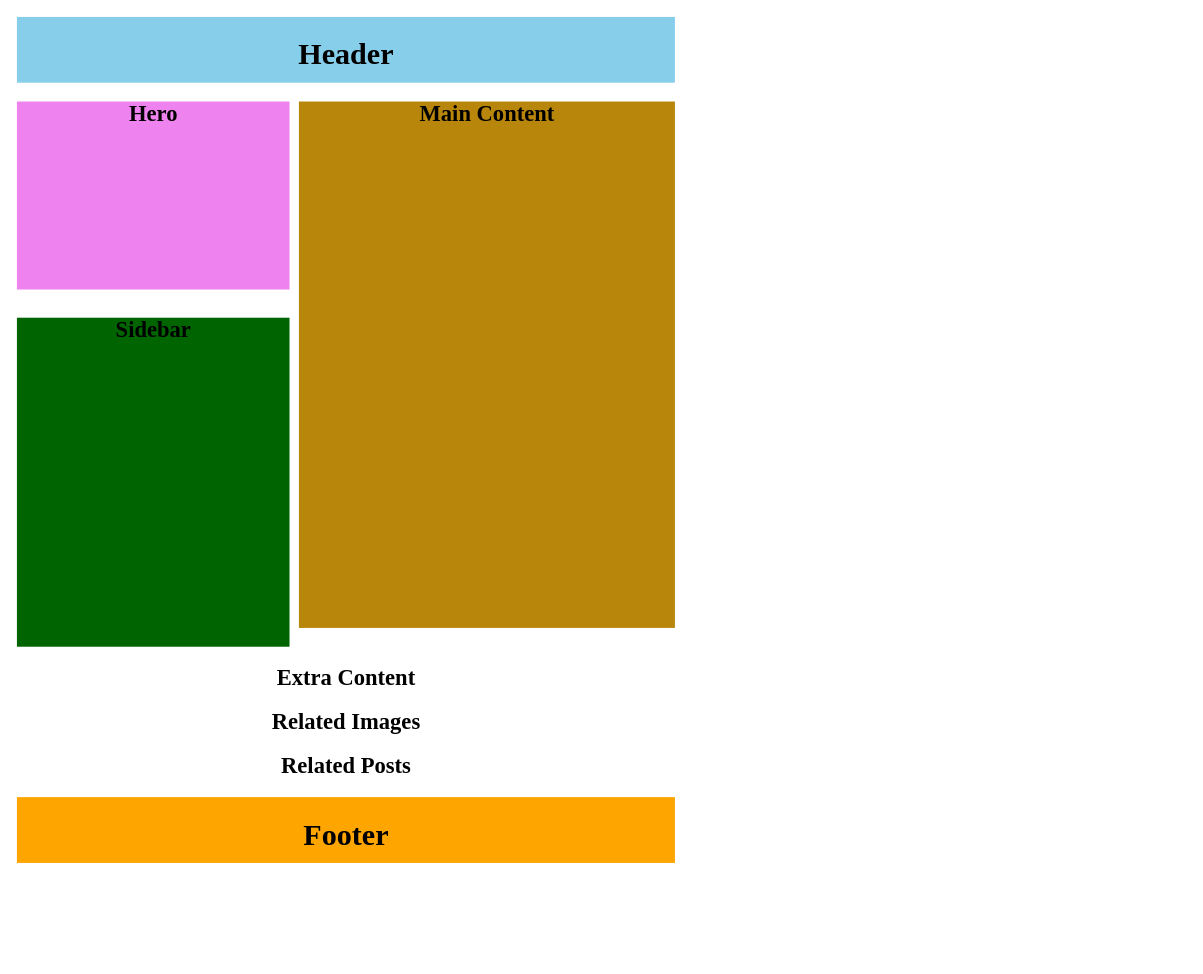
Repository: harshitanthal1/assignments_avisoft
Page: 01-02-2024/assignment_2/index.html
These files come from the project's save history. The page is drawn as it stood at one moment and after the next save; the edit follows.
The browser window is 1280 px wide. The pictures show the whole page, at 94% of full size.

Above is the page before, as saved 2024-02-01 18:10:33.

After the next save:
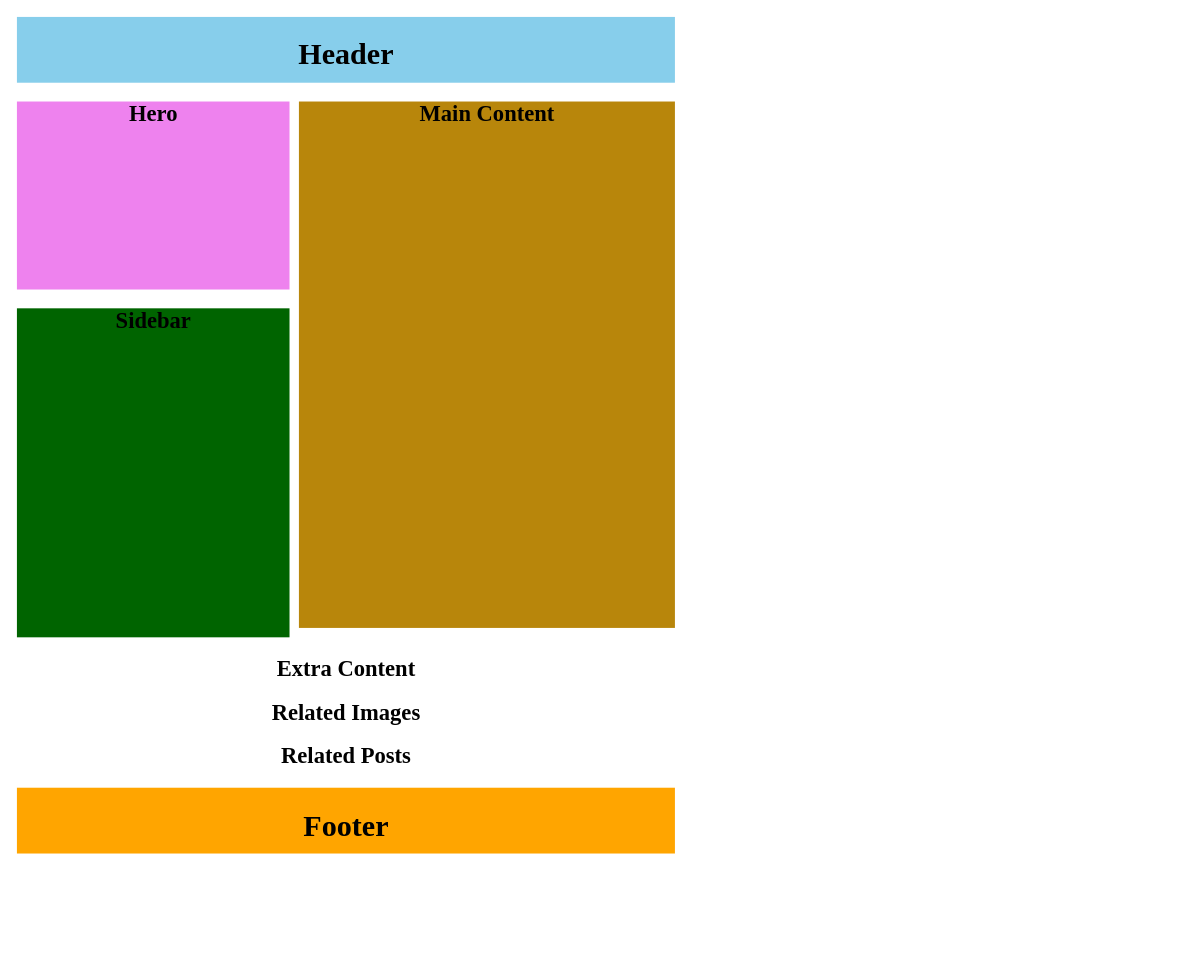
Saved 38 s later.
--- a/01-02-2024/assignment_2/styles/styles.css
+++ b/01-02-2024/assignment_2/styles/styles.css
@@ -34,7 +34,7 @@
     background-color: darkgreen;
     width: 290px;
     height: 350px;
-    margin-top: -350px;
+    margin-top: -360px;
 }
 
 #footer {
